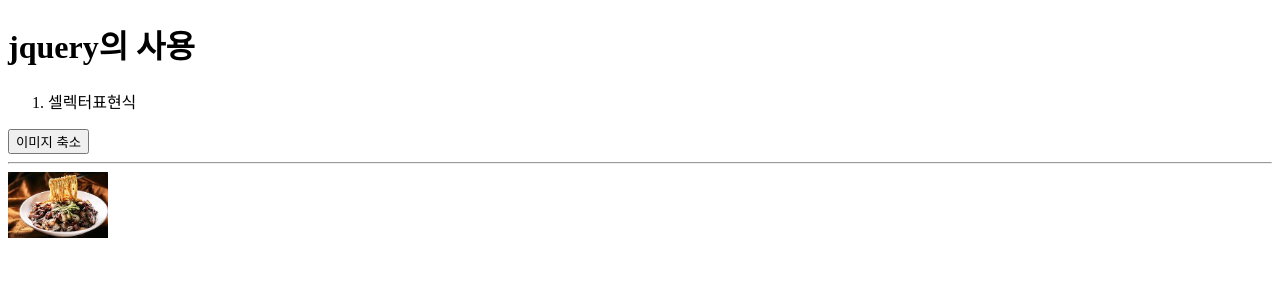
Repository: Junvelop/hkdevelope
Page: Downloads/back_end_edu20240624-master (1)/front_end_20240627/src/main/webapp/4.jq/jq01_환경설정및작성방법.html
These files come from the project's save history. The page is drawn as it stood at one moment and after the next save; the edit follows.
The browser window is 1280 px wide. The pictures show the whole page.
After loading, the first visible `button` was clicked once.

Above is the page before, as saved 2024-09-02 01:33:18.

After the next save:
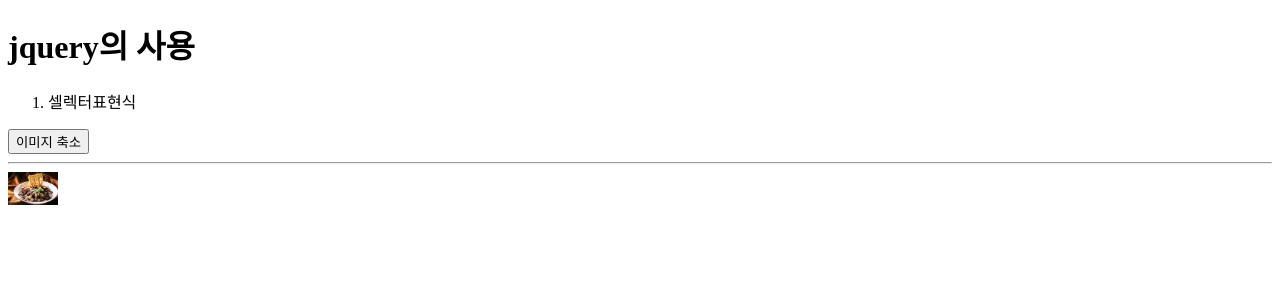
Saved 7 s later.
--- a/Downloads/back_end_edu20240624-master (1)/front_end_20240627/src/main/webapp/4.jq/jq01_환경설정및작성방법.html
+++ b/Downloads/back_end_edu20240624-master (1)/front_end_20240627/src/main/webapp/4.jq/jq01_환경설정및작성방법.html
@@ -27,7 +27,7 @@ function imgSize(){
 	var imgJS = document.querySelectorAll("div > img"); // js 코드의 경우
 	var imgJQ = $("div > img"); //img 요소 객체 생성 제이쿼리로
 
-	imgJQ.css("width","100px"); //imgJS.style.width = 50px;
+	imgJQ.css("width","50px"); //imgJS.style.width = 50px;
 }
 
 </script>
